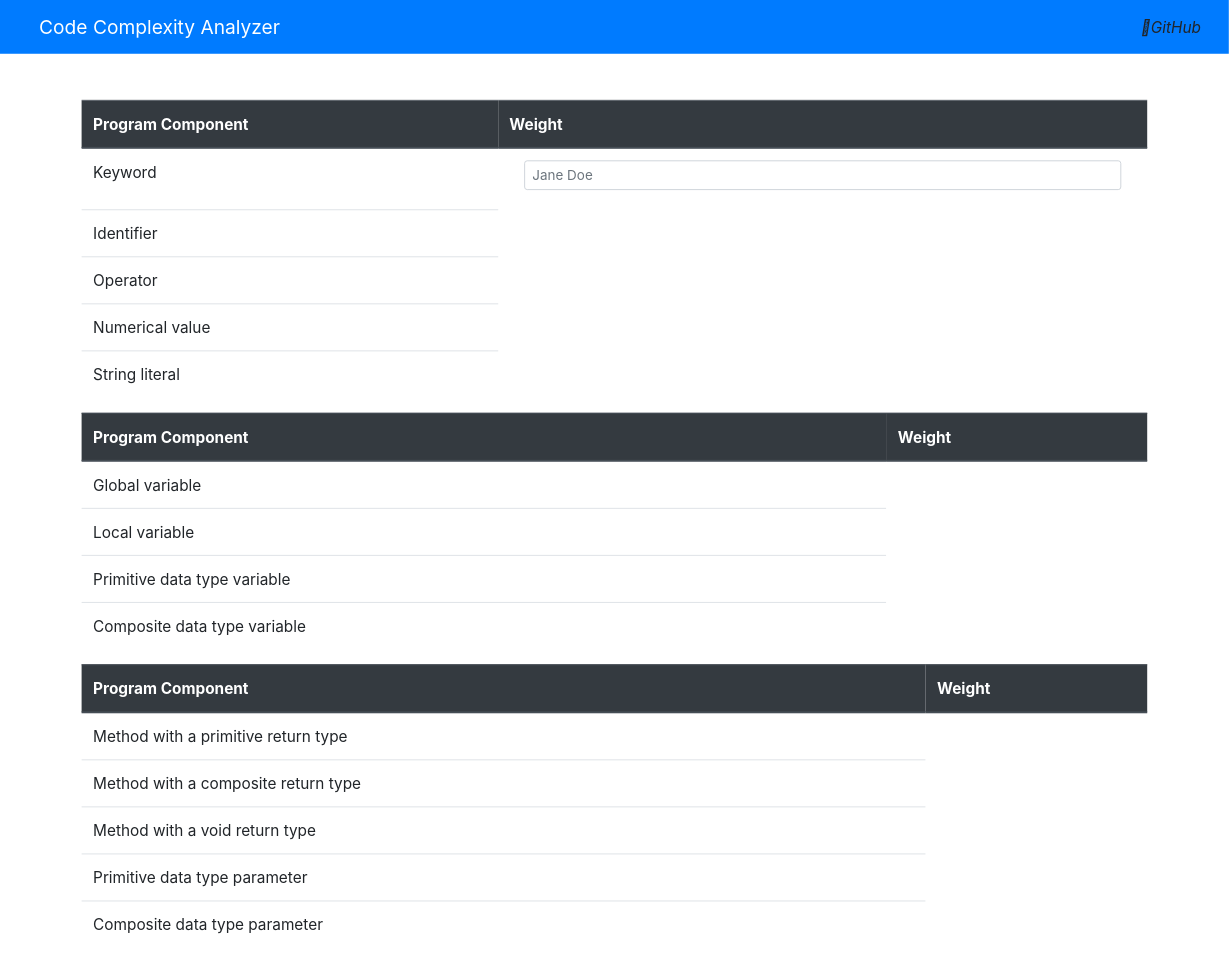
Repository: DinuwanB/Code-Complexity-Analyzer
Page: http://localhost/ITPM/Weight.jsp
These files come from the project's save history. The page is drawn as it stood at one moment and after the next save; the edit follows.
The browser window is 1280 px wide. The pictures show the whole page, at 96% of full size.
The page is served by Tomcat 9. Other server files are loaded and not shown.

Above is the page before, as saved 2020-05-22 04:56:26.

### ITPM/src/main/webapp/Weight.jsp
<%@ page language="java" contentType="text/html; charset=ISO-8859-1"
    pageEncoding="ISO-8859-1"%>
<!DOCTYPE html>
<html>
<head>
<meta charset="ISO-8859-1">
<title>Weight</title>
<link rel="stylesheet" href="https://maxcdn.bootstrapcdn.com/bootstrap/4.0.0/css/bootstrap.min.css" integrity="sha384-Gn5384xqQ1aoWXA+058RXPxPg6fy4IWvTNh0E263XmFcJlSAwiGgFAW/dAiS6JXm" crossorigin="anonymous">
<link rel="stylesheet"
	href="https://stackpath.bootstrapcdn.com/bootstrap/4.4.1/css/bootstrap.min.css"
	integrity="sha384-Vkoo8x4CGsO3+Hhxv8T/Q5PaXtkKtu6ug5TOeNV6gBiFeWPGFN9MuhOf23Q9Ifjh"
	crossorigin="anonymous">
<link
	href="https://stackpath.bootstrapcdn.com/font-awesome/4.7.0/css/font-awesome.min.css"
	rel="stylesheet"
	integrity="sha384-wvfXpqpZZVQGK6TAh5PVlGOfQNHSoD2xbE+QkPxCAFlNEevoEH3Sl0sibVcOQVnN"
	crossorigin="anonymous">
</head>
<body>
<nav class="navbar navbar-dark bg-primary">
		<div class="container">
			<a class="navbar-brand" href="#">Code Complexity Analyzer</a>


		</div>
		<button class="btn btn" type="submit" id="inputGroupFileAddon04">
			<i class="fab fa-github-square">GitHub</i>
		</button>

	</nav>
	<br>
	<br>
	<form action="upload" method="POST" enctype="multipart/form-data">
			<div class="container">
	<table class="table">
  <thead class="thead-dark">
    <tr>
      <th scope="col">Program Component</th>
      <th scope="col">Weight</th>
    </tr>
  </thead>
  <tbody>
    <tr>
      <td>Keyword</td>
      <td>  <div class="col-auto">
      <label class="sr-only" for="inlineFormInput">Name</label>
      <input type="text" class="form-control mb-2 form-control-sm" id="inlineFormInput" placeholder="Jane Doe">
    </div>
    </td>
    </tr>
    <tr>
     <td>Identifier</td>
    </tr>
  	<tr>
  	 <td>Operator</td>
  	</tr>
  	<tr>
  	<td>Numerical value</td>
    </tr>
    <tr>
    <td>String literal</td>
    </tr>
  </tbody>
</table>
<table class="table">
  <thead class="thead-dark">
    <tr>
      <th scope="col">Program Component</th>
      <th scope="col">Weight</th>
    </tr>
  </thead>
  <tbody>
    <tr>
      <td>Global variable</td>

    </tr>
    <tr>
     <td>Local variable</td>
    </tr>
  	<tr>
  	 <td>Primitive data type variable</td>
  	</tr>
  	<tr>
  	<td>Composite data type variable</td>
    </tr>
  </tbody>
</table>
<table class="table">
  <thead class="thead-dark">
    <tr>
      <th scope="col">Program Component</th>
      <th scope="col">Weight</th>
    </tr>
  </thead>
  <tbody>
    <tr>
      <td>Method with a primitive return type</td>
    </tr>
    <tr>
     <td>Method with a composite return type</td>
    </tr>
  	<tr>
  	 <td>Method with a void return type</td>
  	</tr>
  	<tr>
  	<td>Primitive data type parameter</td>
    </tr>
    <tr>
    <td>Composite data type parameter</td>
    </tr>
  </tbody>
</table>
</div>
		</form>
</body>
</html>

After the next save:
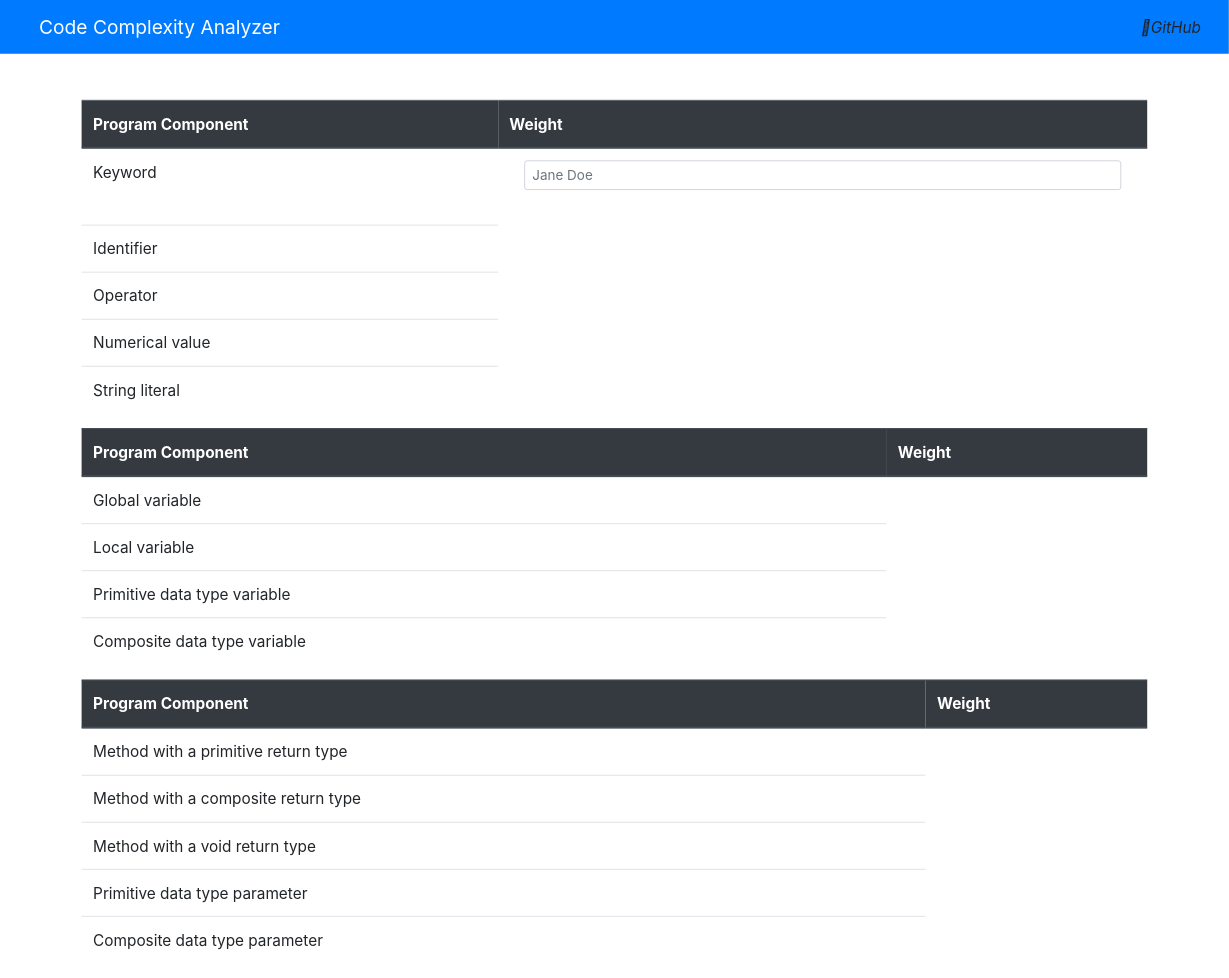
Saved 18 s later.
--- a/ITPM/src/main/webapp/Weight.jsp
+++ b/ITPM/src/main/webapp/Weight.jsp
@@ -44,7 +44,7 @@
       <td>Keyword</td>
       <td>  <div class="col-auto">
       <label class="sr-only" for="inlineFormInput">Name</label>
-      <input type="text" class="form-control mb-2 form-control-sm" id="inlineFormInput" placeholder="Jane Doe">
+      <input type="text" class="form-control mb-4 form-control-sm" id="inlineFormInput" placeholder="Jane Doe">
     </div>
     </td>
     </tr>
